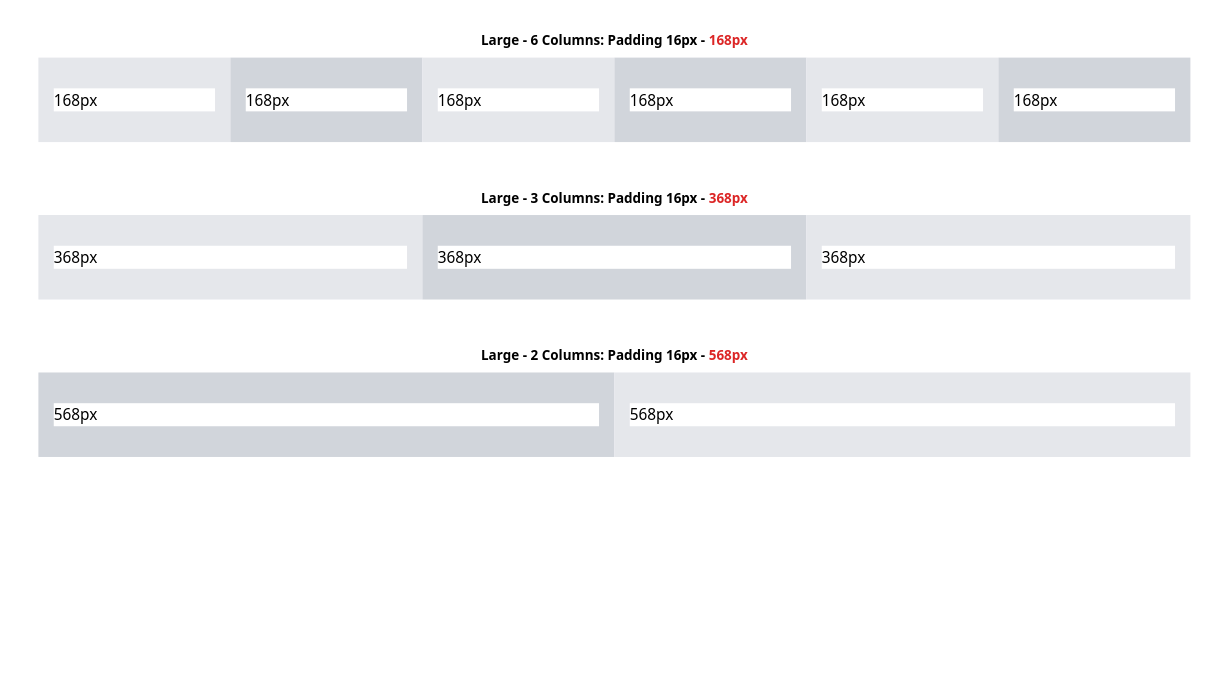
Repository: fabianwurk/vue-tailwind
Page: /
These files come from the project's save history. The page is drawn as it stood at one moment and after the next save; the edit follows.
The browser window is 1280 px wide. The pictures show the whole page, at 96% of full size.
The project was rebuilt for these pictures with package versions that can differ from the ones it lists, and the page was loaded fresh each time. Also part of the build but not shown: vite.config.js.

Above is the page before, as saved 2021-03-16 00:05:00.

After the next save:
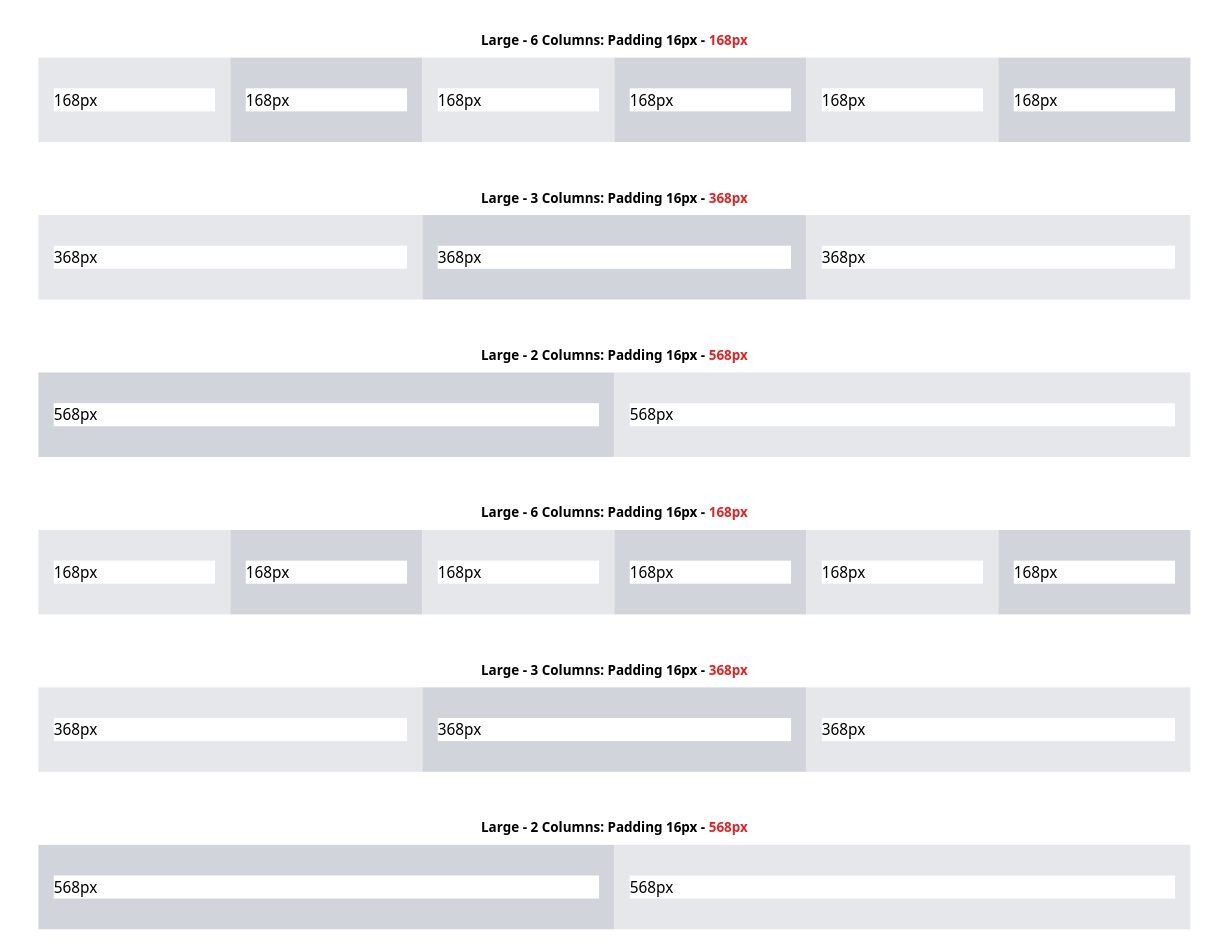
Saved 2 min 3 s later.
--- a/src/App.vue
+++ b/src/App.vue
@@ -1,10 +1,10 @@
 <template>
   <Large />
-  <!-- <Wind /> -->
+  <Medium />
 </template>
 
 <script setup>
 import Large from './components/Large.vue';
-// import Wind from './components/Wind.vue';
+import Medium from './components/Medium.vue';
 
 </script>
